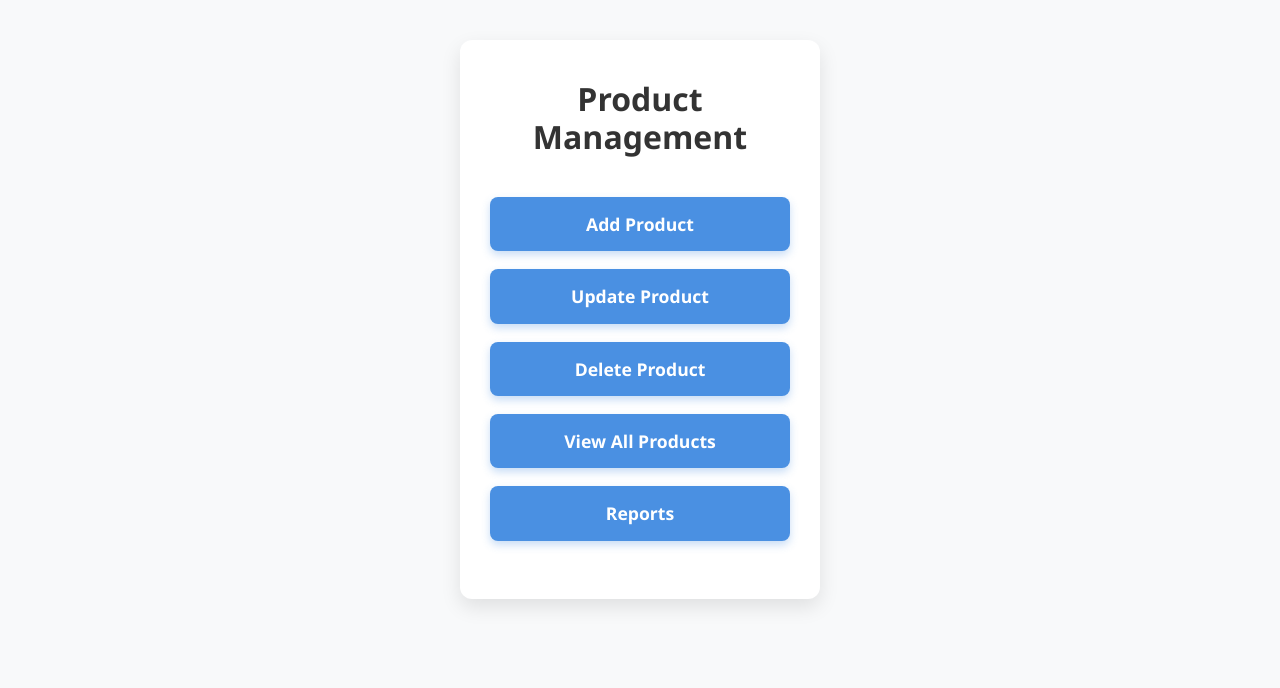
Repository: srushtinb/ProductManagementSystem
Page: http://localhost/ProductManagementSystem/
An editor plug-in stored every save of this project. The page is shown before and after the next save, followed by the edit.
The browser window is 1280 px wide. The pictures show the whole page.
Some web libraries are served in a nearby version. The page is served by Tomcat 9. Other server files are loaded and not shown.

Above is the page before, as saved 2025-05-27 10:10:52.

### ProductManagementSystem/src/main/webapp/index.jsp
<%@ page contentType="text/html;charset=UTF-8" language="java" %>
<!DOCTYPE html>
<html lang="en">
<head>
  <meta charset="UTF-8" />
  <meta name="viewport" content="width=device-width, initial-scale=1" />
  <title>Product Management System</title>
  <link href="https://cdn.jsdelivr.net/npm/bootstrap@5.4.3/dist/css/bootstrap.min.css" rel="stylesheet" />
  <style>
    body {
      background-color: #f8f9fa; /* light gray background */
      font-family: 'Segoe UI', Tahoma, Geneva, Verdana, sans-serif;
      padding: 40px 0;
      display: flex;
      justify-content: center;
    }
    .container {
      background: #ffffff;
      padding: 40px 30px;
      border-radius: 12px;
      box-shadow: 0 8px 20px rgba(0,0,0,0.1);
      max-width: 360px;
      width: 100%;
      text-align: center;
    }
    h1 {
      margin-bottom: 40px;
      font-weight: 700;
      color: #333;
      font-size: 2rem;
    }
    .btn {
      width: 100%;
      padding: 14px 0;
      margin-bottom: 18px;
      font-size: 1.1rem;
      font-weight: 600;
      border-radius: 8px;
      transition: background-color 0.3s ease;
    }
    .btn-primary {
      background-color: #4a90e2; /* calm blue */
      border: none;
      color: white;
      box-shadow: 0 4px 8px rgba(74, 144, 226, 0.3);
    }
    .btn-primary:hover {
      background-color: #357ABD;
      box-shadow: 0 6px 12px rgba(53, 122, 189, 0.5);
    }
  </style>
</head>
<body>

  <div class="container">
    <h1>Product Management</h1>
    <a href="productadd.jsp" class="btn btn-primary">Add Product</a>
    <a href="productupdate.jsp" class="btn btn-primary">Update Product</a>
    <a href="productdelete.jsp" class="btn btn-primary">Delete Product</a>
    <a href="DisplayProductsServlet" class="btn btn-primary">View All Products</a>
    <a href="reports.jsp" class="btn btn-primary">Reports</a>
  </div>

  <script src="https://cdn.jsdelivr.net/npm/bootstrap@5.4.3/dist/js/bootstrap.bundle.min.js"></script>
</body>
</html>

After the next save:
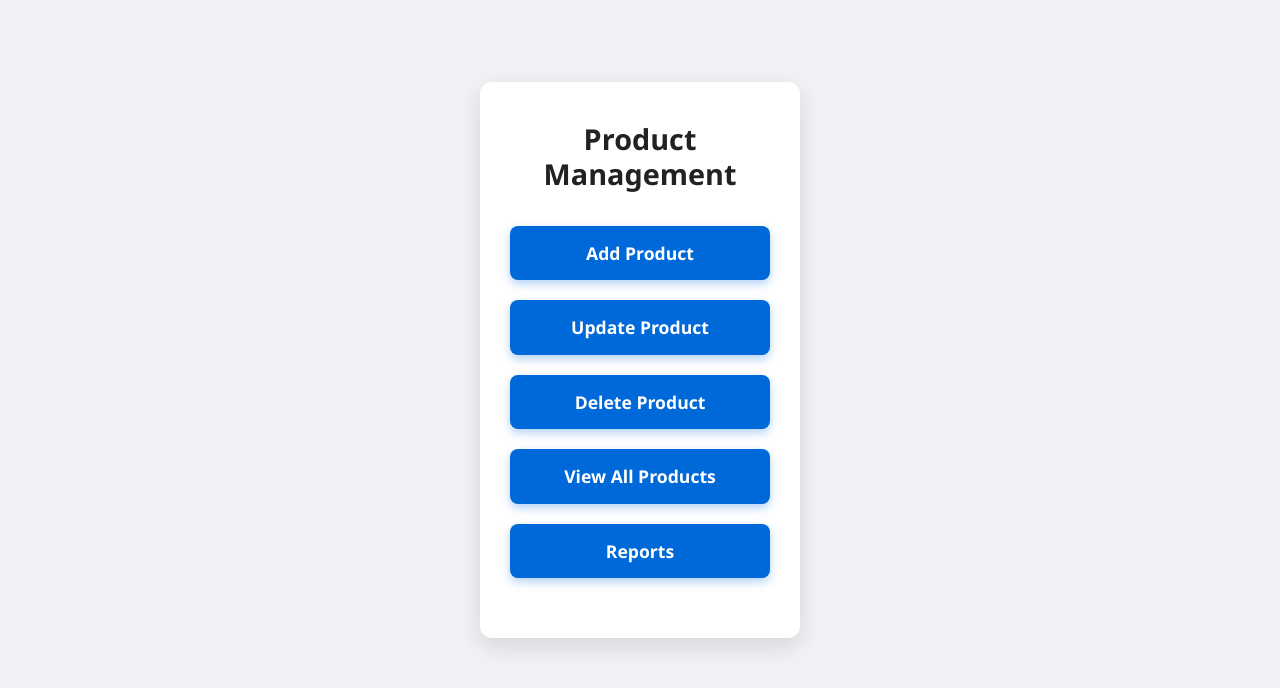
Saved 88 s later.
--- a/ProductManagementSystem/src/main/webapp/index.jsp
+++ b/ProductManagementSystem/src/main/webapp/index.jsp
@@ -8,45 +8,46 @@
   <link href="https://cdn.jsdelivr.net/npm/bootstrap@5.4.3/dist/css/bootstrap.min.css" rel="stylesheet" />
   <style>
     body {
-      background-color: #f8f9fa; /* light gray background */
+      background-color: #f0f2f5;
       font-family: 'Segoe UI', Tahoma, Geneva, Verdana, sans-serif;
-      padding: 40px 0;
       display: flex;
       justify-content: center;
+      align-items: center;
+      height: 100vh;
+      margin: 0;
     }
     .container {
-      background: #ffffff;
+      background: white;
       padding: 40px 30px;
       border-radius: 12px;
-      box-shadow: 0 8px 20px rgba(0,0,0,0.1);
-      max-width: 360px;
+      box-shadow: 0 8px 24px rgba(0, 0, 0, 0.12);
+      max-width: 320px;
       width: 100%;
       text-align: center;
     }
     h1 {
-      margin-bottom: 40px;
+      margin-bottom: 35px;
       font-weight: 700;
-      color: #333;
-      font-size: 2rem;
+      color: #222;
+      font-size: 1.8rem;
     }
-    .btn {
+    .btn-primary {
       width: 100%;
       padding: 14px 0;
-      margin-bottom: 18px;
+      margin-bottom: 20px;
       font-size: 1.1rem;
       font-weight: 600;
       border-radius: 8px;
-      transition: background-color 0.3s ease;
+      background-color: #0069d9;
+      border: none;
+      box-shadow: 0 4px 10px rgba(0, 105, 217, 0.3);
+      transition: background-color 0.25s ease;
     }
-    .btn-primary {
-      background-color: #4a90e2; /* calm blue */
-      border: none;
-      color: white;
-      box-shadow: 0 4px 8px rgba(74, 144, 226, 0.3);
-    }
-    .btn-primary:hover {
-      background-color: #357ABD;
-      box-shadow: 0 6px 12px rgba(53, 122, 189, 0.5);
+    .btn-primary:hover,
+    .btn-primary:focus {
+      background-color: #004a9f;
+      box-shadow: 0 6px 14px rgba(0, 74, 159, 0.5);
+      outline: none;
     }
   </style>
 </head>
